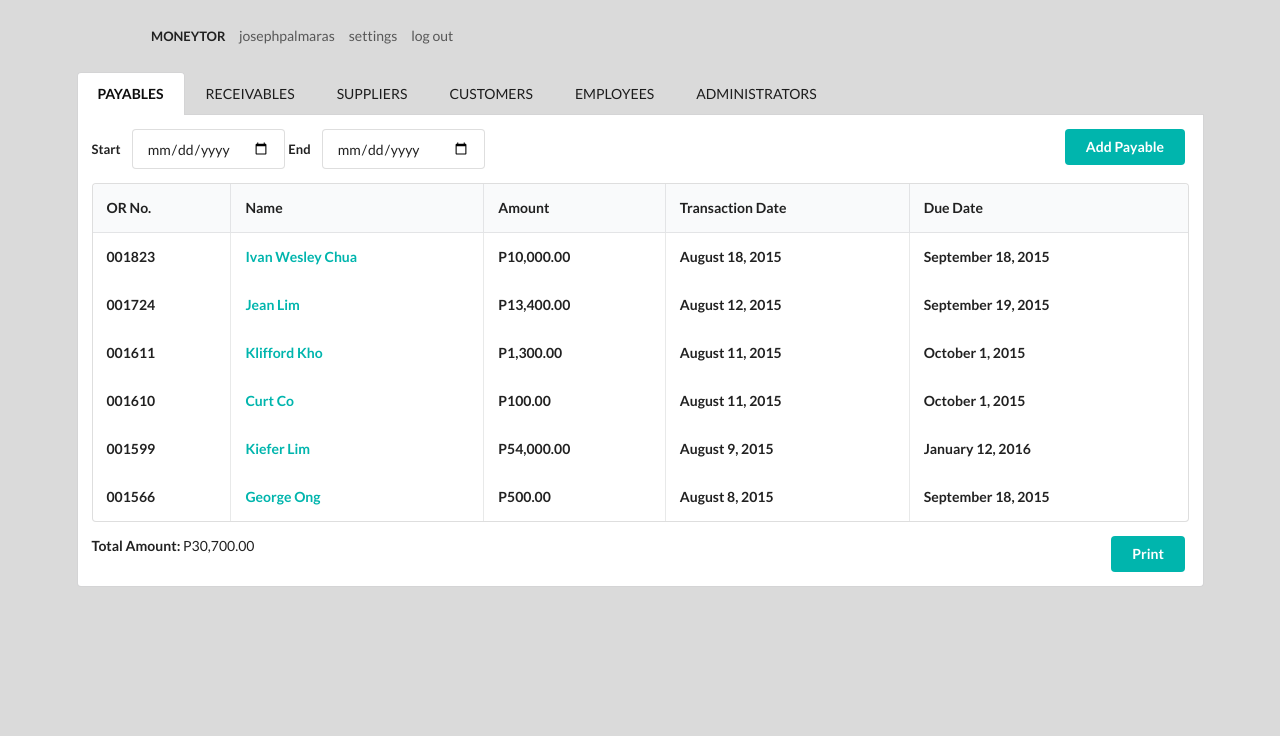
Repository: TV5/MoneyTor
Page: Workspace/MoneyTor/war/main.html
The author's editor kept a copy of each file at every save. The page is drawn from the files as they stood at one save, then again after the next save.
The browser window is 1280 px wide. The pictures show the whole page.

Above is the page before, as saved 2015-08-18 16:16:50.

After the next save:
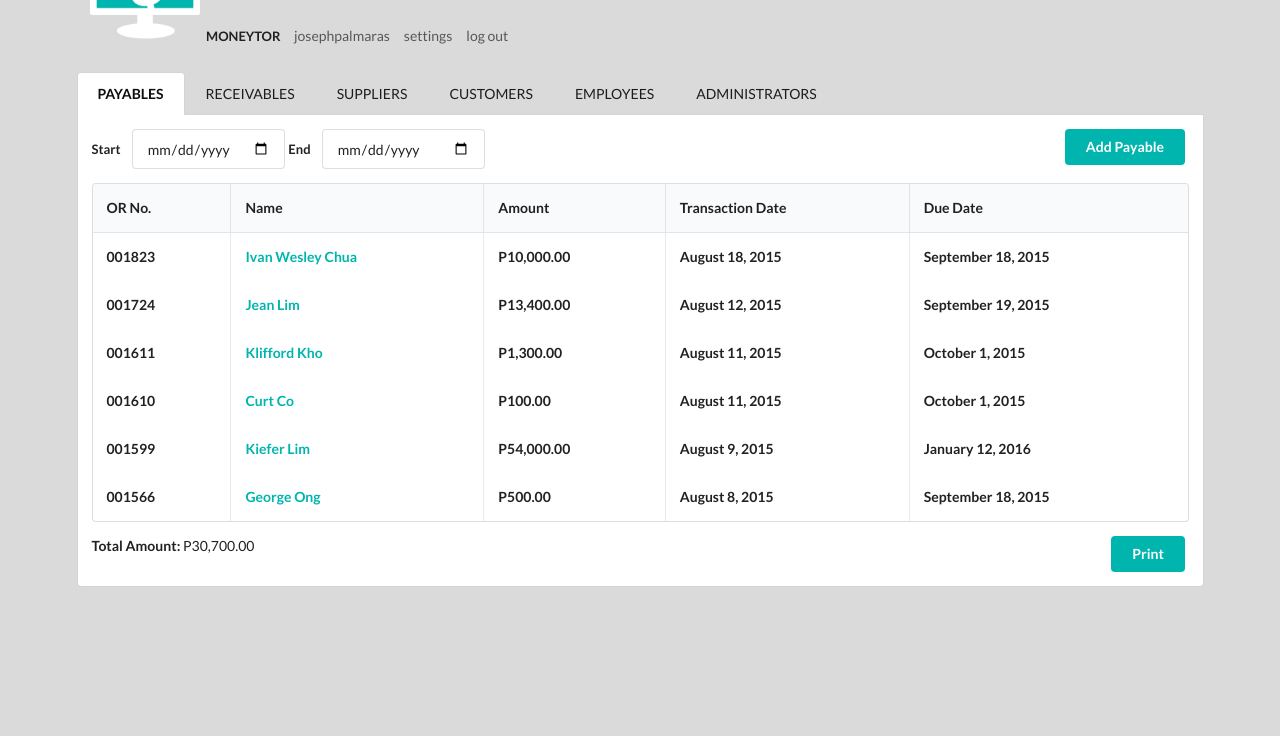
Saved 76 s later.
--- a/Workspace/MoneyTor/war/main.html
+++ b/Workspace/MoneyTor/war/main.html
@@ -66,7 +66,7 @@
 
 <div class="ui container">
 	<div class="ui text menu firstmenu" width="100%">
-	  <img src="assets/images/logo.png" class="ui image" style="width:5%;height:5%;padding-top:20px">
+	  <img src="assets/images/logo.png" class="ui image" style="width:10%;height:10%;padding-top:20px">
 	  <div class="header item">MONEYTOR </div>
 	  <a class="item">
 	    josephpalmaras

After the save that followed:
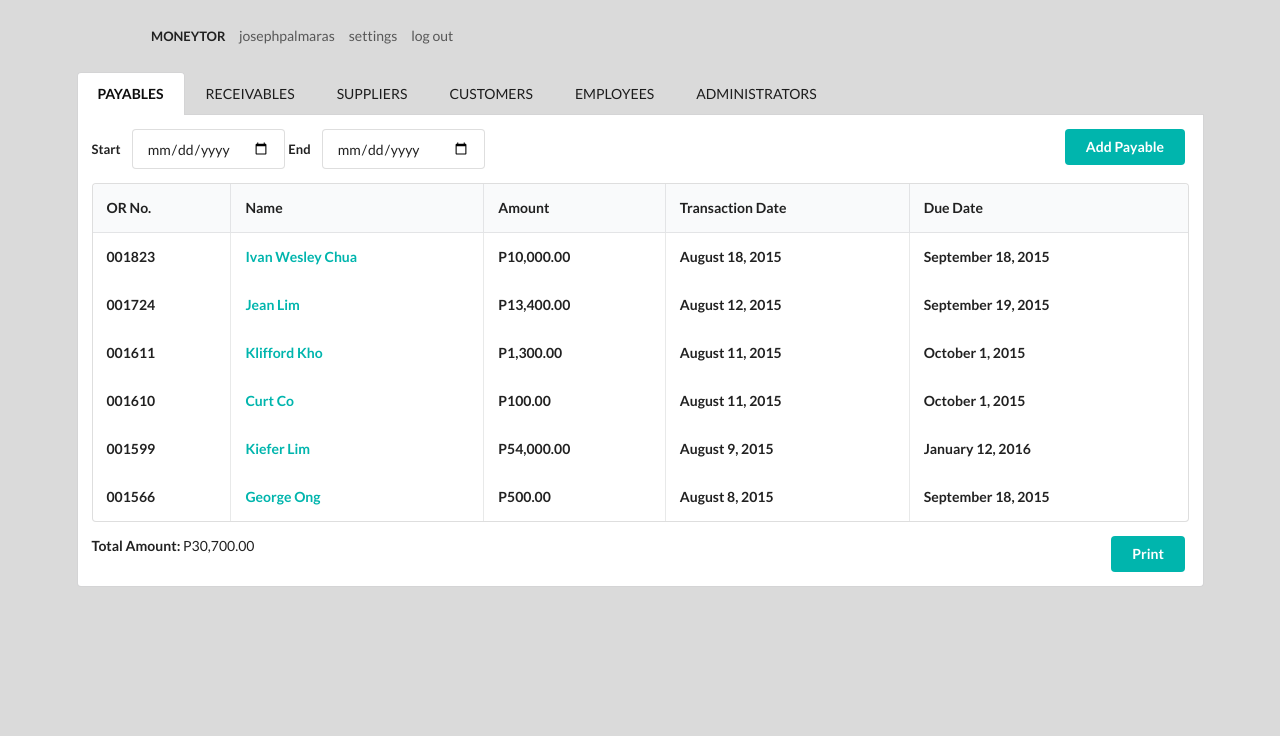
Saved 37 s later.
--- a/Workspace/MoneyTor/war/main.html
+++ b/Workspace/MoneyTor/war/main.html
@@ -66,7 +66,7 @@
 
 <div class="ui container">
 	<div class="ui text menu firstmenu" width="100%">
-	  <img src="assets/images/logo.png" class="ui image" style="width:10%;height:10%;padding-top:20px">
+	  <img src="assets/images/logo.png" class="ui image" style="width:5%;height:5%;padding-top:25px">
 	  <div class="header item">MONEYTOR </div>
 	  <a class="item">
 	    josephpalmaras
